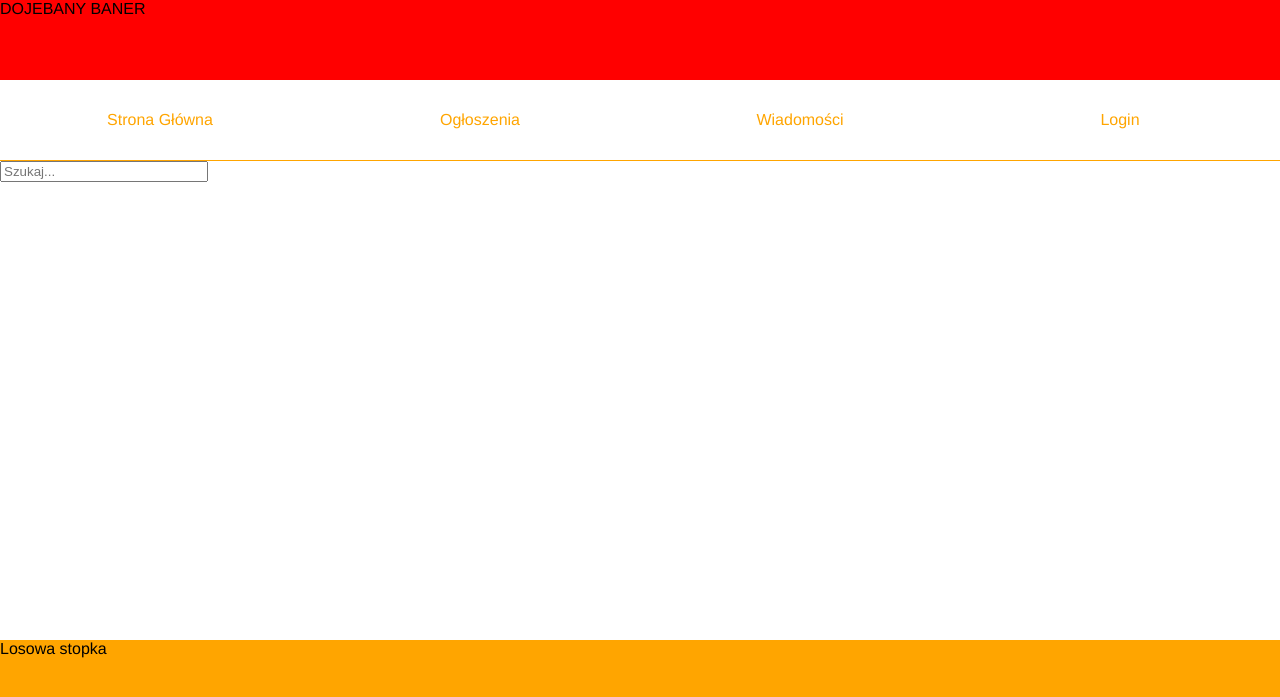
Repository: PatrykStawik/projectppz
Page: /wiadomosci
These files come from the project's save history. The page is drawn as it stood at one moment and after the next save; the edit follows.
The browser window is 1280 px wide. The pictures show the whole page.
The project was rebuilt for these pictures with package versions that can differ from the ones it lists, and the page was loaded fresh each time. The framework's server and built-in components were replaced by stand-ins that run in the browser.

Above is the page before, as saved 2021-05-26 10:11:16.

After the next save:
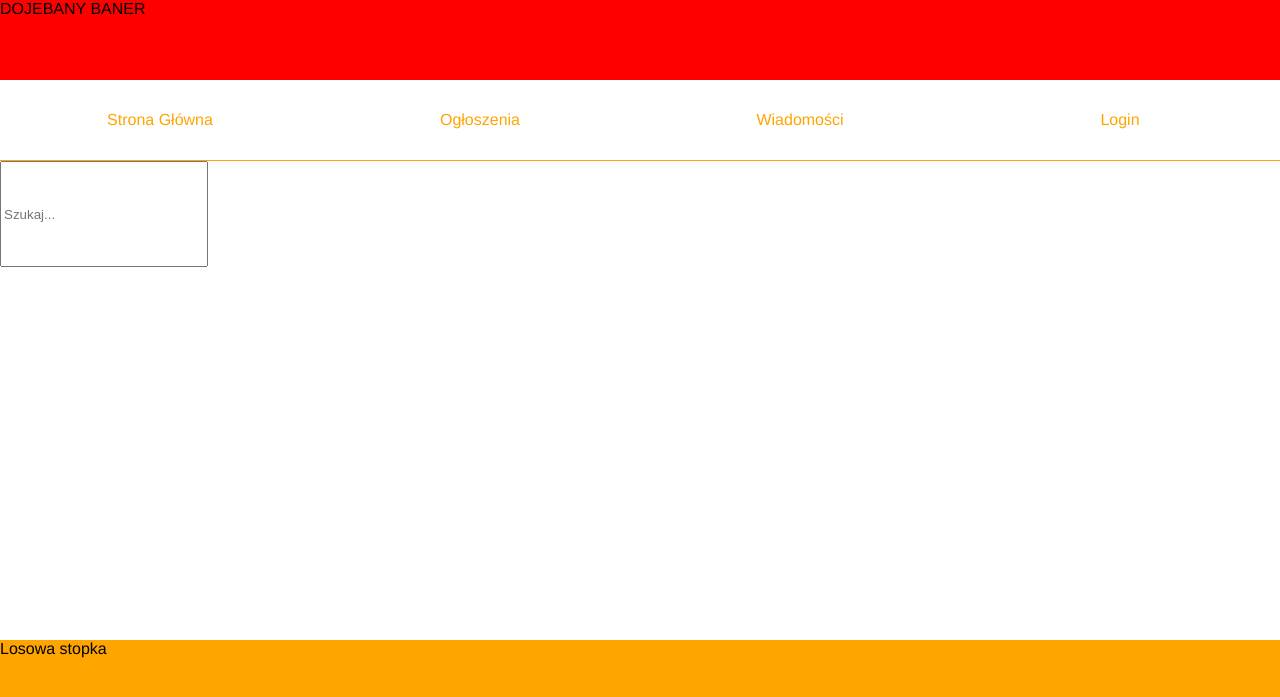
Saved 7 s later.
--- a/components/common/Input/Input.tsx
+++ b/components/common/Input/Input.tsx
@@ -7,6 +7,7 @@ interface Props {
 
 const StyledInput = styled.input`
 width: 200px;
+height: 100px;
 `
 
 export const Input = React.forwardRef<HTMLInputElement, Props & JSX.IntrinsicElements['input']>(
